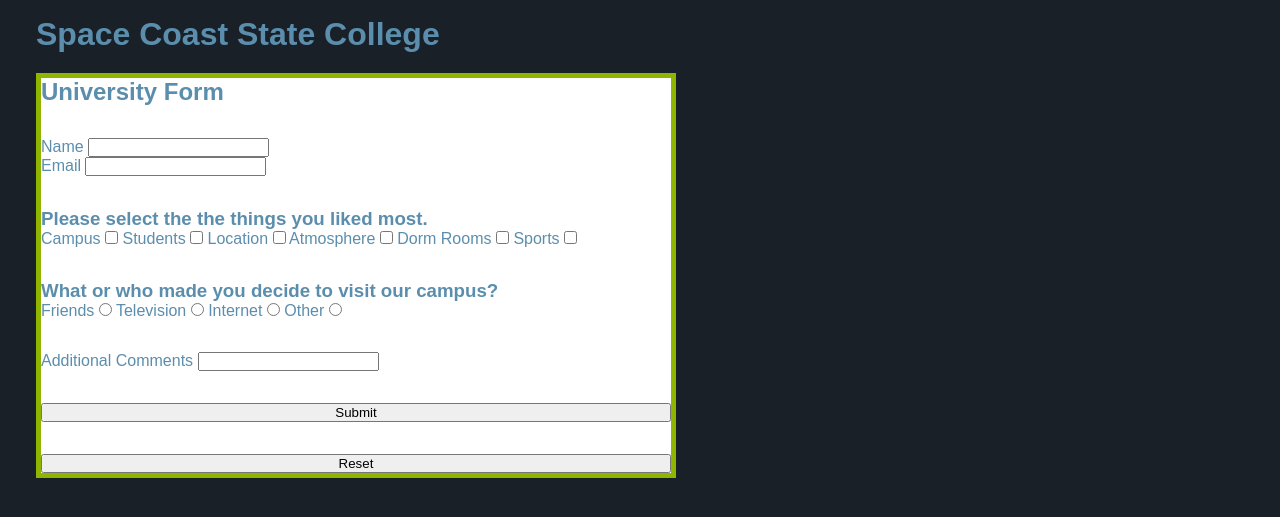
Repository: mlmEFSC21/P2-University-Form
Page: index.html
These files come from the project's save history. The page is drawn as it stood at one moment and after the next save; the edit follows.
The browser window is 1280 px wide. The pictures show the whole page.
Some web fonts or font styles are not loaded; a fallback is used.

Above is the page before, as saved 2022-01-29 18:35:20.

### index.html
<!DOCTYPE html>
<html lang="en">
    <head>
        <meta charset="UTF-8" />
        <meta http-equiv="X-UA-Compatible" content="IE=edge" />
        <meta name="viewport" content="width=device-width, initial-scale=1.0" />
        <title>University Form</title>
        <link rel="stylesheet" href="uniFormStyles.css" />
    </head>
    <body>
        <header>
            <h1>Space Coast State College</h1>
        </header>
        <main>
          <section class="main">
            <h2>University Form</h2>
            <article class="info">
            <!-- REMEMBER TO CHANGE THIS TO A POST TO DEITEL!!!!!!!!!!-->
            <form action="results.html" method="GET">
                <div>
                    <label for="name">Name</label>
                    <input type="text" id="name" name="name" required />
                </div>
                <div>
                    <label for="email">Email</label>
                    <input type="email" id="email" name="email" required />
                </div>
                </article>
                <article class="favFeatures">
                    <h3>Please select the the things you liked most.</h3>
                    <label for="campus">Campus</label>
                    <input type="checkbox" id="campus" name="campus" />
                    <label for="students">Students</label>
                    <input type="checkbox" id="students" name="students" />
                    <label for="location">Location</label>
                    <input type="checkbox" id="location" name="location" />
                    <label for="atmosphere">Atmosphere</label>
                    <input type="checkbox" id="atmosphere" name="atmosphere" />
                    <label for="dorms">Dorm Rooms</label>
                    <input type="checkbox" id="dorms" name="dorms" />
                    <label for="sports">Sports</label>
                    <input type="checkbox" id="sports" name="sports" />
                </article>
                <article class="">
                    <h3>What or who made you decide to visit our campus?</h3>
                    <label for="friends">Friends</label>
                    <input type="radio" id="friends" name="referred" required />
                    <label for="television">Television</label>
                    <input type="radio" id="television" name="referred" />
                    <label for="internet">Internet</label>
                    <input type="radio" id="internet" name="referred" />
                    <label for="other">Other</label>
                    <input type="radio" id="other" name="referred" />
                </article>
                <div>
                    <label for="comments">Additional Comments</label>
                    <input type="text" id="comments" name="comments" />
                </div>
                <button type="submit" class="submit">Submit</button>
                <button type="reset" class="reset">Reset</button>
            </form>
            </section>
        </main>
    </body>
</html>

### uniFormStyles.css
@import url("https://fonts.googleapis.com/css2?family=Spectral:wght@300&display=swap");

:root {
    --clr-prime: #003c5e;
    --clr-second: #1a2028;
    --clr-accent: #8fb500;
    --clr-font-prime: #5b8ead;
    --clr-font-second: black;
}

* {
    margin: 0;
    padding: 0;
    box-sizing: border-box;
}
body {
    margin: 0 1.25em;
    padding: 1em;
    background-color: var(--clr-second);
    font-family: "Spectral", sans-serif;
    color: var(--clr-font-prime);
}
header {
    color: var(--clr-font-prime);
    margin-bottom: 1.25em;
}
.main {
    display: flex;
    flex-direction: column;
    max-width: 50vw;
    border: 5px solid var(--clr-accent);
    background-color: white;
    gap: 2rem;
    justify-content: center;
    justify-items: center;
}
form {
}

After the next save:
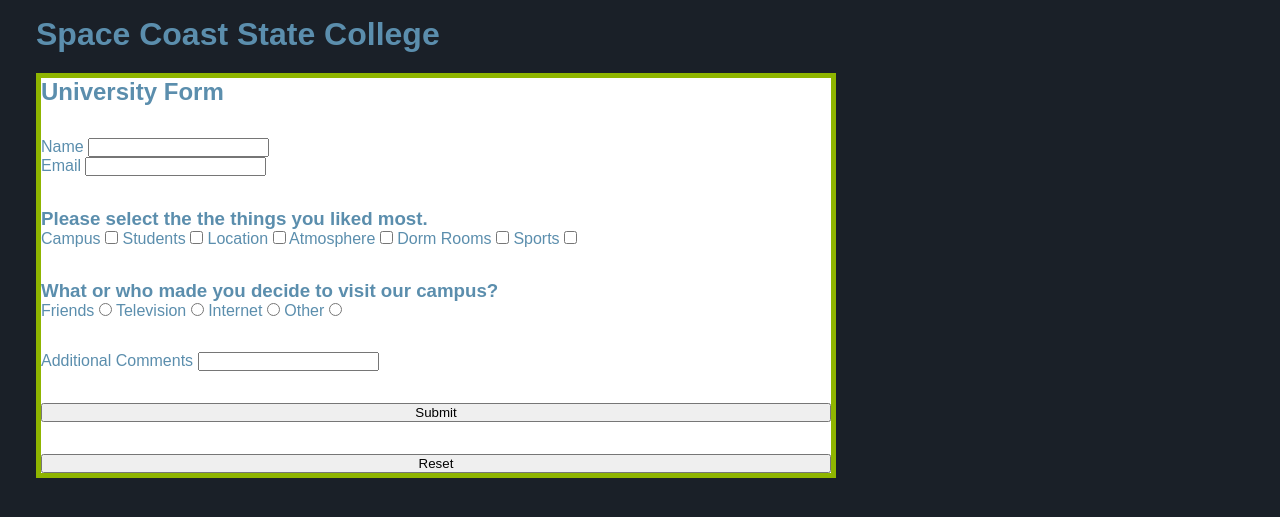
Saved 11 min 55 s later.
--- a/uniFormStyles.css
+++ b/uniFormStyles.css
@@ -27,7 +27,7 @@ header {
 .main {
     display: flex;
     flex-direction: column;
-    max-width: 50vw;
+    max-width: 800px;
     border: 5px solid var(--clr-accent);
     background-color: white;
     gap: 2rem;
